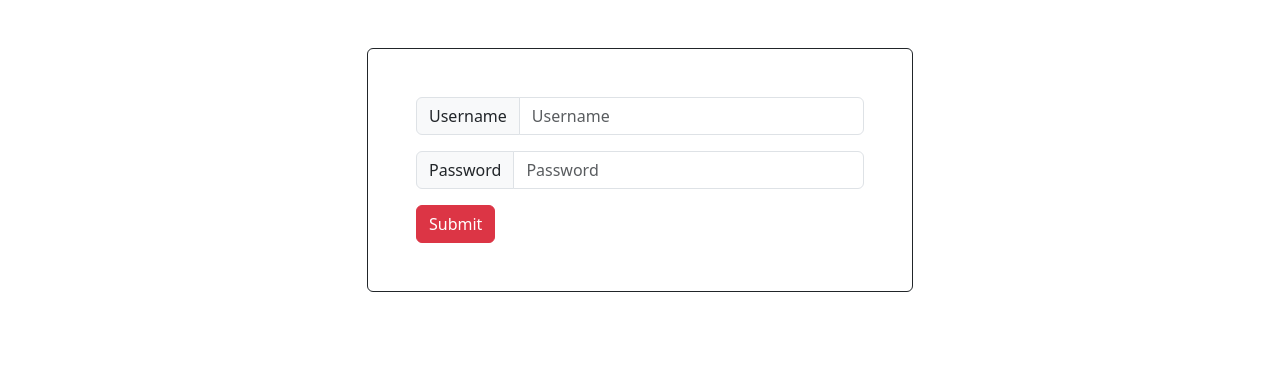
Repository: FrancescoGiordano23/WebappKebab
Page: http://localhost/EsercizioKebab/
An editor plug-in stored every save of this project. The page is shown before and after the next save, followed by the edit.
The browser window is 1280 px wide. The pictures show the whole page.
The page is served by Tomcat 10. Other server files are loaded and not shown.

Above is the page before, as saved 2024-08-02 12:35:09.

### EsercizioKebab/src/main/webapp/login.jsp
<%@ page language="java" contentType="text/html; charset=UTF-8"
	pageEncoding="UTF-8"%>
<!DOCTYPE html>
<html>
<head>
<meta charset="UTF-8">
<title>Insert title here</title>
<link
	href="https://cdn.jsdelivr.net/npm/bootstrap@5.3.3/dist/css/bootstrap.min.css"
	rel="stylesheet"
	integrity="sha384-QWTKZyjpPEjISv5WaRU9OFeRpok6YctnYmDr5pNlyT2bRjXh0JMhjY6hW+ALEwIH"
	crossorigin="anonymous">
<script
	src="https://cdn.jsdelivr.net/npm/bootstrap@5.3.3/dist/js/bootstrap.bundle.min.js"
	integrity="sha384-YvpcrYf0tY3lHB60NNkmXc5s9fDVZLESaAA55NDzOxhy9GkcIdslK1eN7N6jIeHz"
	crossorigin="anonymous"></script>
</head>
<body>
	<div class="container">
		<div class="row">
			<!-- LEFT -->
			<div class="col-1 col-lg-3 "></div>

			<!-- CENTER -->

			<div class="col-10 col-lg-6 ">
				<div class="border border-dark rounded p-5 my-5">
					<form action="LoginServlet" method="post">
						<div class="input-group mb-3">
							<span class="input-group-text" id="basic-addon-username">Username</span>
							<input type="text" class="form-control" placeholder="Username"
								aria-label="Username" aria-describedby="basic-addon-username"
								name="username">
						</div>

						<div class="input-group mb-3">
							<span class="input-group-text" id="basic-addon-password">Password</span>
							<input type="password" class="form-control"
								placeholder="Password" aria-label="Password"
								aria-describedby="basic-addon-password" name="password">
						</div>


						<button class="btn btn-danger" type="submit">Submit</button>

					</form>
				</div>
			</div>


			<!-- RIGHT -->
			<div class="col-1 col-lg-3 "></div>
		</div>
	</div>
</body>
</html>

### EsercizioKebab/src/main/java/com/advancia/servlet/InitializeServlet.java
package com.advancia.servlet;

import java.io.IOException;
import jakarta.servlet.ServletException;
import jakarta.servlet.http.HttpServlet;
import jakarta.servlet.http.HttpServletRequest;
import jakarta.servlet.http.HttpServletResponse;

/**
 * Servlet implementation class InitializeServlet
 */
public class InitializeServlet extends HttpServlet {
	private static final long serialVersionUID = 1L;

    public InitializeServlet() {

    }


	protected void doGet(HttpServletRequest request, HttpServletResponse response) throws ServletException, IOException {

		request.getSession().setAttribute("User", null);
		request.getRequestDispatcher("login.jsp").forward(request, response);
	}


	protected void doPost(HttpServletRequest request, HttpServletResponse response) throws ServletException, IOException {
				doGet(request, response);
	}

}

After the next save:
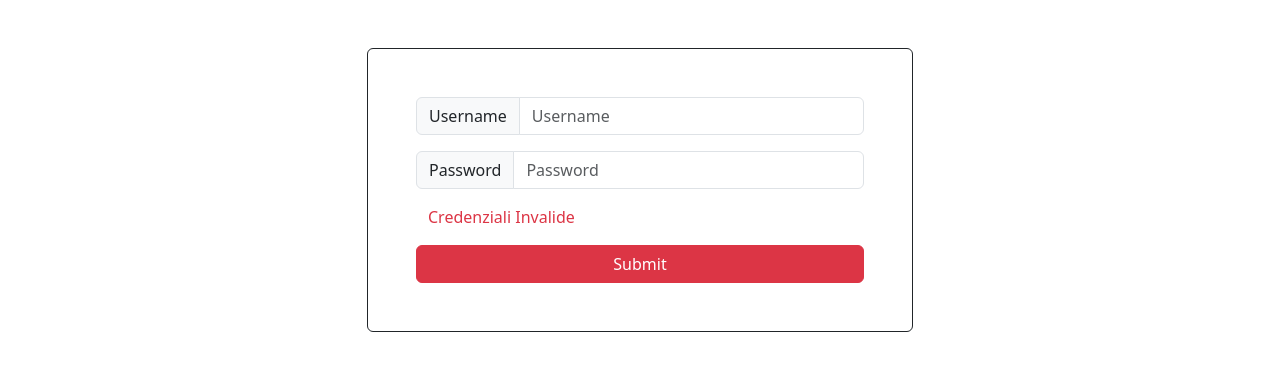
Saved 107 s later.
--- a/EsercizioKebab/src/main/webapp/login.jsp
+++ b/EsercizioKebab/src/main/webapp/login.jsp
@@ -40,9 +40,12 @@
 								aria-describedby="basic-addon-password" name="password">
 						</div>
 
-
-						<button class="btn btn-danger" type="submit">Submit</button>
-
+						<div class="container">
+							<div class="row">
+								<div class="col-7">
+								<p class="text-danger">Credenziali Invalide</p>
+								</div>
+								<button class="btn btn-danger" type="submit">Submit</button>
 					</form>
 				</div>
 			</div>
